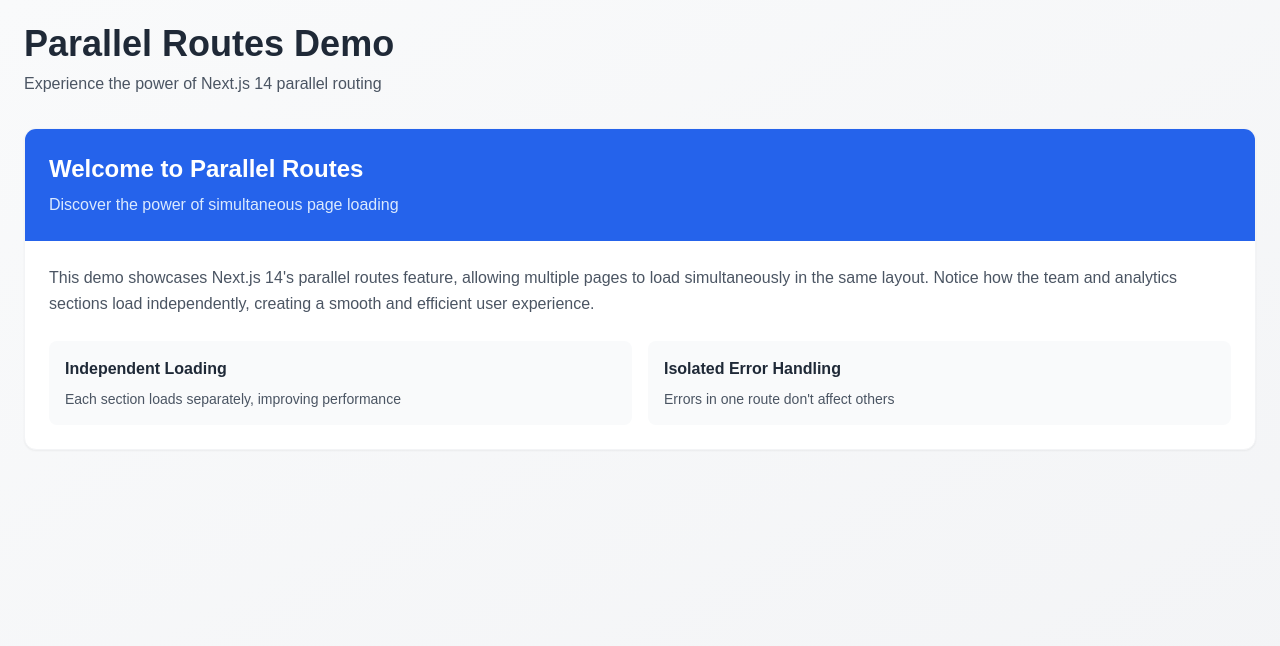
Repository: Dark-Developer93/parallel-routes
Page: /
These files come from the project's save history. The page is drawn as it stood at one moment and after the next save; the edit follows.
The browser window is 1280 px wide. The pictures show the whole page.
The project was rebuilt for these pictures with package versions that can differ from the ones it lists, and the page was loaded fresh each time. The framework's server and built-in components were replaced by stand-ins that run in the browser. Also part of the build but not shown: next.config.ts.

Above is the page before, as saved 2024-12-12 14:26:01.

After the next save:
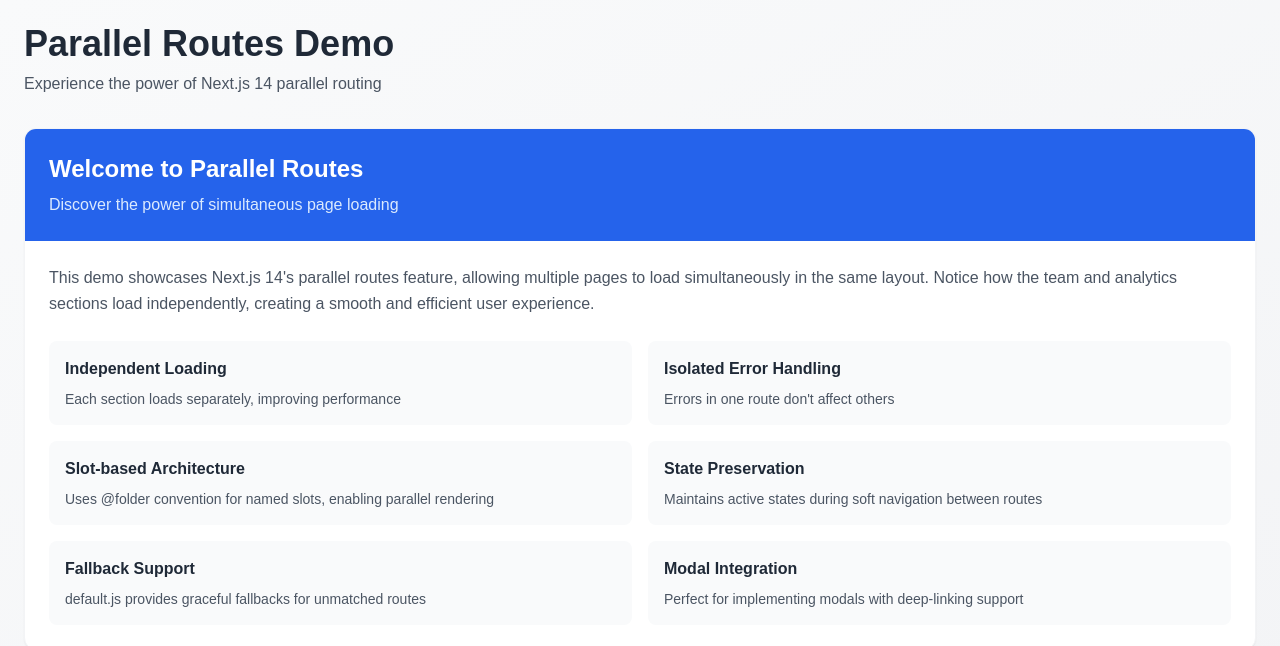
Saved 2 min 11 s later.
--- a/src/app/page.tsx
+++ b/src/app/page.tsx
@@ -35,6 +35,39 @@
                 Errors in one route don&apos;t affect others
               </p>
             </div>
+            <div className="bg-gray-50 p-4 rounded-lg">
+              <h3 className="font-semibold text-gray-800 mb-2">
+                Slot-based Architecture
+              </h3>
+              <p className="text-sm text-gray-600">
+                Uses @folder convention for named slots, enabling parallel
+                rendering
+              </p>
+            </div>
+            <div className="bg-gray-50 p-4 rounded-lg">
+              <h3 className="font-semibold text-gray-800 mb-2">
+                State Preservation
+              </h3>
+              <p className="text-sm text-gray-600">
+                Maintains active states during soft navigation between routes
+              </p>
+            </div>
+            <div className="bg-gray-50 p-4 rounded-lg">
+              <h3 className="font-semibold text-gray-800 mb-2">
+                Fallback Support
+              </h3>
+              <p className="text-sm text-gray-600">
+                default.js provides graceful fallbacks for unmatched routes
+              </p>
+            </div>
+            <div className="bg-gray-50 p-4 rounded-lg">
+              <h3 className="font-semibold text-gray-800 mb-2">
+                Modal Integration
+              </h3>
+              <p className="text-sm text-gray-600">
+                Perfect for implementing modals with deep-linking support
+              </p>
+            </div>
           </div>
         </div>
       </div>
